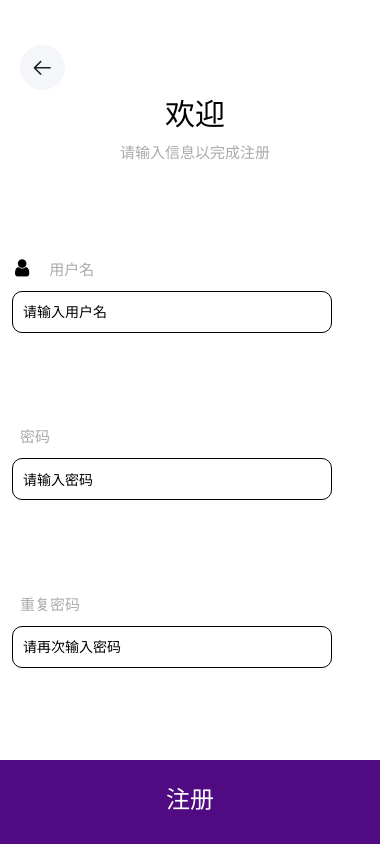
Repository: eyebone/barManager
Screen: /sign
The author's editor kept a copy of each file at every save. The screen is drawn from the files as they stood at one save, then again after a run of saves.
The app was drawn by React Native's web renderer in a window 390 px wide. The project was rebuilt for these pictures with package versions that can differ from the ones it lists, and the page was loaded fresh each time. Also part of the build but not shown: components/EmojiPicker.js, components/Button.js, components/ImageViewer.js, components/circleButton.js, components/IconButton.js, view/ViewOne.js, view/Main.js.

Above is the screen before, as saved 2023-06-26 16:34:13.

After the next 2 saves:
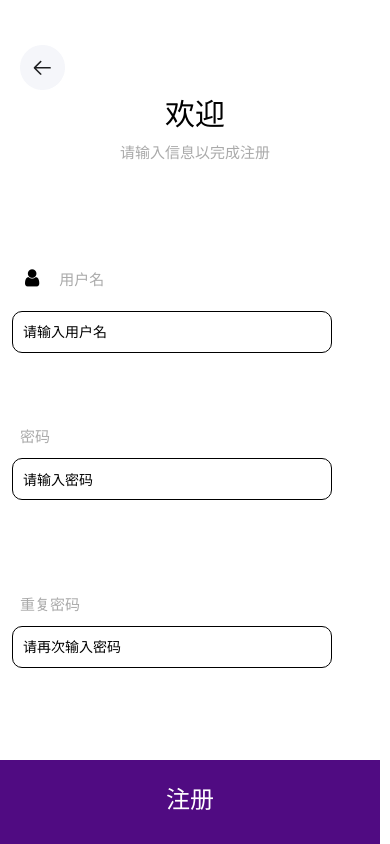
The 2 saves are shown as one change because they came seconds apart.
The last was saved 12 s later.
--- a/view/Sign.js
+++ b/view/Sign.js
@@ -47,7 +47,7 @@
         <Text style={styles.infoText}>请输入信息以完成注册</Text>
       </View>
       <View style={styles.inputBar}>
-        <FontAwesome name="user" size={20} style={{ marginLeft: 15 }}>
+        <FontAwesome name="user" size={20} style={{ marginLeft: 15 , padding: 10}}>
           <Text style={styles.smallText}>用户名</Text>
         </FontAwesome>
 

After the 2 saves that followed:
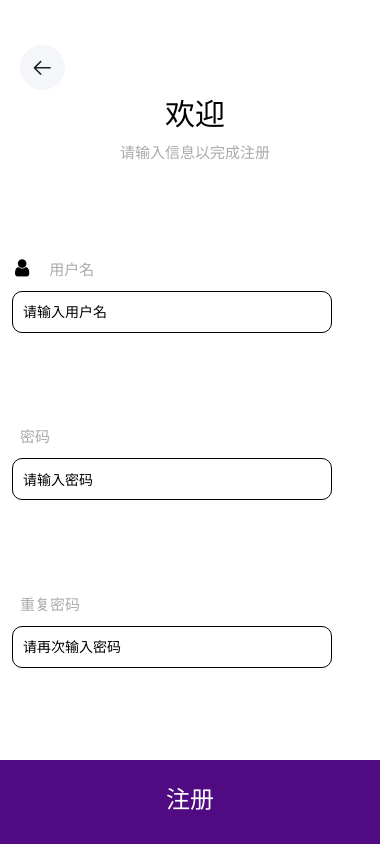
The 2 saves are shown as one change because they came seconds apart.
The last was saved 7 s later.
--- a/view/Sign.js
+++ b/view/Sign.js
@@ -47,7 +47,7 @@
         <Text style={styles.infoText}>请输入信息以完成注册</Text>
       </View>
       <View style={styles.inputBar}>
-        <FontAwesome name="user" size={20} style={{ marginLeft: 15 , padding: 10}}>
+        <FontAwesome name="user" size={20} style={{ marginLeft: 15 }}>
           <Text style={styles.smallText}>用户名</Text>
         </FontAwesome>
 
